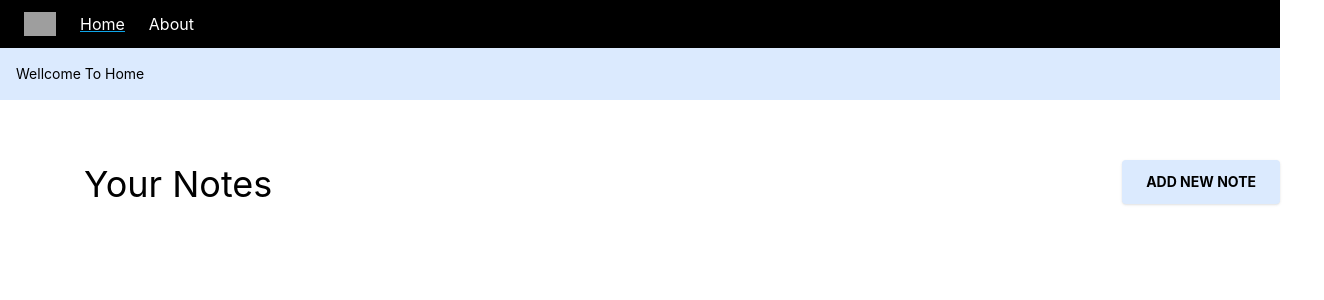
Repository: sonawaneteju4/iNote
Page: /
These files come from the project's save history. The page is drawn as it stood at one moment and after a run of saves; the edit follows.
The browser window is 1280 px wide. The page is 1324 px wide, so the pictures cover 1324 px, including what lies to the right of the window. The pictures show the whole page.
Pictures or frames that could not be fetched are drawn as grey boxes. The page's requests for data from a server got no answer. Some web libraries are served in a nearby version. The project was rebuilt for these pictures with package versions that can differ from the ones it lists, and the page was loaded fresh each time. No one was signed in, and anything a server would have sent is missing. Also part of the build but not shown: src/App.css, src/components/NoteModal.js, src/components/NoteCard.js, src/components/About.js.

Above is the page before, as saved 2022-10-12 00:38:02.

### public/index.html
<!DOCTYPE html>
<html lang="en">
  <head>
    <meta charset="utf-8" />
    <link rel="icon" href="%PUBLIC_URL%/favicon.ico" />
    <meta name="viewport" content="width=device-width, initial-scale=1" />
    <meta name="theme-color" content="#000000" />
    <meta
      name="description"
      content="Web site created using create-react-app"
    />
    <link rel="apple-touch-icon" href="%PUBLIC_URL%/logo192.png" />

    <link rel="manifest" href="%PUBLIC_URL%/manifest.json" />

    <title>iNote - Secured Notes On Cloud</title>
  </head>
  <body>
    <noscript>You need to enable JavaScript to run this app.</noscript>
    <script src="https://kit.fontawesome.com/61d960ae85.js" crossorigin="anonymous"></script>
    <div id="root"></div>
  </body>
</html>

### src/App.js
import "./App.css";
import { BrowserRouter, Routes, Route } from "react-router-dom";
import Navbar from "./components/Navbar";
import Home from "./components/Home";
import About from "./components/About";
import NoteState from "./context/notes/NoteAPIs";
import Alert from "./components/Alert";

function App() {
  return (
    <>
      <NoteState>
        <BrowserRouter>
          <Navbar />
          <Alert message="Wellcome To Home"/>
          <div className="container m-11">

          <Routes>
            <Route exact path="/" element={<Home />}></Route>
            <Route exact path="/about" element={<About />}></Route>
          </Routes>
          </div>
        </BrowserRouter>
      </NoteState>
    </>
  );
}

export default App;

### src/components/Navbar.js
import React, {useEffect} from 'react'
import { Link, useLocation } from 'react-router-dom'

const Navbar = () => {
  let location = useLocation();
  useEffect(() => {

  }, [location])

  return (
    <nav className='flex bg-black text-white sticky top-0'>
        <ul className='flex m-3'>
            <li className='px-3'><Link to="/"><img alt="Logo" className='h-6' src='https://i.ibb.co/yyD6c8M/i-NOTE-3.png'></img></Link></li>
            <li className={`px-3  ${location.pathname==='/'? "underline decoration-sky-500": ""}`}><Link to="/">Home</Link></li>
            <li className={`px-3  ${location.pathname==='/about'? "underline decoration-sky-500": ""}`}><Link to="/about">About</Link></li>
        </ul>

    </nav>
  )
}

export default Navbar

### src/components/Home.js
import React from 'react'
// import NoteState from '../context/notes/NoteState';
import Notes from './AllNotes';

const Home = () => {

  return (
    <div className='mx-10'>
      <Notes />
    </div>

  )
}

export default Home

### src/context/notes/NoteAPIs.js
import NoteContext from "./NoteContext";
import { useState } from "react";

const NoteAPIs = (props) => {
  const host = "http://localhost:5000"
  const notesInitial = []
  const [notes, setNotes] = useState(notesInitial)

  // Get all Notes
  const getNotes = async () => {
    // API Call
    const response = await fetch(`${host}/api/notes/fetchallnotes`, {
      method: 'GET',
      headers: {
        'Content-Type': 'application/json',
        "auth-token": "eyJhbGciOiJIUzI1NiIsInR5cCI6IkpXVCJ9.eyJ1c2VyIjp7ImlkIjoiNjM0MDJkNzU1M2FmOTliMGVlZjI2NTM0In0sImlhdCI6MTY2NTE1MDMyNX0.21oCHuWw9znwAh1XjjmkspjjhwBbkDeEM_QBgueLQc0"
      }
    });
    const json = await response.json()
    // console.log(json)
    setNotes(json)
  }

  // Add a Note
  const addNote = async (title, description, tag) => {
    // TODO: API Call
    // API Call
    const response = await fetch(`${host}/api/notes/addnote`, {
      method: 'POST',
      headers: {
        'Content-Type': 'application/json',
        "auth-token": "eyJhbGciOiJIUzI1NiIsInR5cCI6IkpXVCJ9.eyJ1c2VyIjp7ImlkIjoiNjM0MDJkNzU1M2FmOTliMGVlZjI2NTM0In0sImlhdCI6MTY2NTE1MDMyNX0.21oCHuWw9znwAh1XjjmkspjjhwBbkDeEM_QBgueLQc0"
      },
      body: JSON.stringify({title, description, tag})
    }).then(async (res) =>{
      if(res.status === 200){

        console.log("Note Saved Successful")
      }
      else{
        console.log("Failed to Save note")
      }
    });

    // console.log("Adding a new note")
    const note = {
      "_id": "61322f119553781a8ca8d0e08",
      "user": "6131dc5e3e4037cd4734a0664",
      "title": title,
      "description": description,
      "tag": tag,
      "date": "2021-09-03T14:20:09.668Z",
      "__v": 0
    };
    setNotes(notes.concat(note))
  }

  // Delete a Note
  const deleteNote = (id) => {
    // TODO: API Call
    console.log("Deleting the note with id" + id);
    const newNotes = notes.filter((note) => { return note._id !== id })
    setNotes(newNotes)
  }
  // Edit a Note
  const editNote = async (id, title, description, tag) => {
    // API Call
    const response = await fetch(`${host}/api/notes/updatenote/${id}`, {
      method: 'POST',
      headers: {
        'Content-Type': 'application/json',
        "auth-token": "eyJhbGciOiJIUzI1NiIsInR5cCI6IkpXVCJ9.eyJ1c2VyIjp7ImlkIjoiNjM0MDJkNzU1M2FmOTliMGVlZjI2NTM0In0sImlhdCI6MTY2NTE1MDMyNX0.21oCHuWw9znwAh1XjjmkspjjhwBbkDeEM_QBgueLQc0"
      },
      body: JSON.stringify({title, description, tag})
    });
    const json = response.json();
    console.log(json)

    // Logic to edit in client
    for (let index = 0; index < notes.length; index++) {
      const element = notes[index];
      if (element._id === id) {
        element.title = title;
        element.description = description;
        element.tag = tag;
      }

    }
  }

  return (
    <NoteContext.Provider value={{ notes, addNote, deleteNote, editNote, getNotes }}>
      {props.children}
    </NoteContext.Provider>
  )

}
export default NoteAPIs;

### src/components/Alert.js
import React from 'react'

const Alert = (props) => {
  return (
    <div className=''>
      <div className="flex p-4 mb-4 text-sm bg-blue-100 rounded-lgz text-black " role="alert">
  {props.message}
  </div>
    </div>
  )
}

export default Alert

### src/components/AllNotes.js
import React, {useState, useContext, useEffect } from "react";
import NoteContext from "../context/notes/NoteContext";
import NoteModal from "./NoteModal";
import NoteItem from "./NoteCard";

const Notes = () => {
  const context = useContext(NoteContext);
  const [showModal, setShowModal] = useState(false);
  const [showModalForUpdate, setShowModalForUpdate] = useState(false);
  const { notes, getNotes } = context;

  const [noteForUpdate, setNoteForUpdate] = useState()
  const forUpdate = true;
  useEffect(() => {
    getNotes();
  }, []);

  const updateNote = (n) =>{
    setShowModalForUpdate(true)
    setNoteForUpdate(n)
  }

  return (
    <div>
      <div className="flex justify-between items-center">
        <h1 className="py-5 text-4xl">Your Notes</h1>
          <button
            className="bg-blue-100  text-black active:bg-pink-600 font-bold uppercase text-sm px-6 py-3 rounded shadow hover:shadow-lg outline-none focus:outline-none mr-1 mb-1 ease-linear transition-all duration-150"
            type="button"
            onClick={() => setShowModal(true)}
          >
            Add New Note
          </button>
        {showModal && <NoteModal closeModal = {setShowModal} />}
        {showModalForUpdate && <NoteModal closeModal = {setShowModalForUpdate} noteForUpdate = {noteForUpdate} forUpdate = {forUpdate}/>}
      </div>

      <div className="flex flex-wrap">
        {notes.map((note) => {
          return (<div  key={note._id} onClick ={()=> updateNote(note)} >
          <NoteItem note={note} />
          </div>
          )
        })}
      </div>
    </div>
  );
};

export default Notes;

Loaded but not shown: src/index.js (common file); src/index.css (common file); src/context/notes/NoteContext.js (common file); tailwind.config.js (common file)

After the next 6 saves:
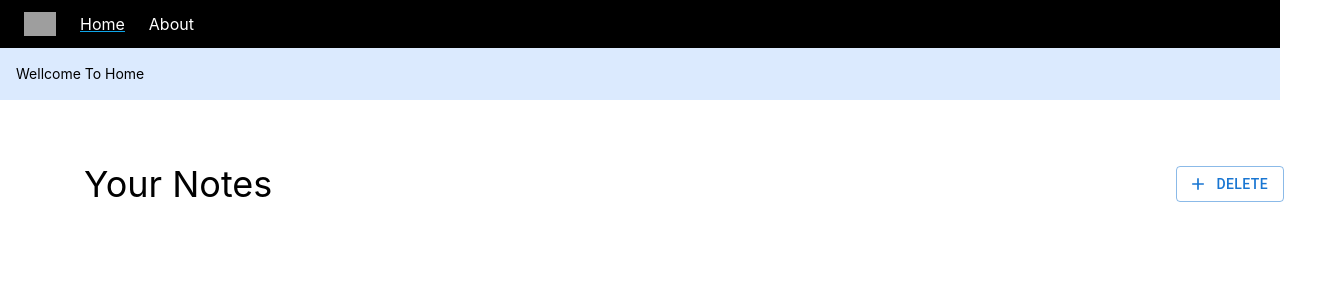
The 6 saves are shown as one change because 3 did not build or start and some came seconds apart.
The last was saved 2 min 42 s later.
--- a/src/components/AllNotes.js
+++ b/src/components/AllNotes.js
@@ -1,7 +1,9 @@
-import React, {useState, useContext, useEffect } from "react";
+import React, { useState, useContext, useEffect } from "react";
 import NoteContext from "../context/notes/NoteContext";
 import NoteModal from "./NoteModal";
 import NoteItem from "./NoteCard";
+import Button from "@mui/material/Button";
+import AddIcon from "@mui/icons-material/Add";
 
 const Notes = () => {
   const context = useContext(NoteContext);
@@ -9,38 +11,41 @@ const Notes = () => {
   const [showModalForUpdate, setShowModalForUpdate] = useState(false);
   const { notes, getNotes } = context;
 
-  const [noteForUpdate, setNoteForUpdate] = useState()
+  const [noteForUpdate, setNoteForUpdate] = useState();
   const forUpdate = true;
   useEffect(() => {
     getNotes();
   }, []);
 
-  const updateNote = (n) =>{
-    setShowModalForUpdate(true)
-    setNoteForUpdate(n)
-  }
+  const updateNote = (n) => {
+    setShowModalForUpdate(true);
+    setNoteForUpdate(n);
+  };
 
   return (
     <div>
       <div className="flex justify-between items-center">
         <h1 className="py-5 text-4xl">Your Notes</h1>
-          <button
-            className="bg-blue-100  text-black active:bg-pink-600 font-bold uppercase text-sm px-6 py-3 rounded shadow hover:shadow-lg outline-none focus:outline-none mr-1 mb-1 ease-linear transition-all duration-150"
-            type="button"
-            onClick={() => setShowModal(true)}
-          >
-            Add New Note
-          </button>
-        {showModal && <NoteModal closeModal = {setShowModal} />}
-        {showModalForUpdate && <NoteModal closeModal = {setShowModalForUpdate} noteForUpdate = {noteForUpdate} forUpdate = {forUpdate}/>}
+        <Button variant="outlined" startIcon={<AddIcon />}>
+          Delete
+        </Button>
+        {showModal && <NoteModal closeModal={setShowModal} />}
+        {showModalForUpdate && (
+          <NoteModal
+            closeModal={setShowModalForUpdate}
+            noteForUpdate={noteForUpdate}
+            forUpdate={forUpdate}
+          />
+        )}
       </div>
 
       <div className="flex flex-wrap">
         {notes.map((note) => {
-          return (<div  key={note._id} onClick ={()=> updateNote(note)} >
-          <NoteItem note={note} />
-          </div>
-          )
+          return (
+            <div key={note._id} onClick={() => updateNote(note)}>
+              <NoteItem note={note} />
+            </div>
+          );
         })}
       </div>
     </div>
